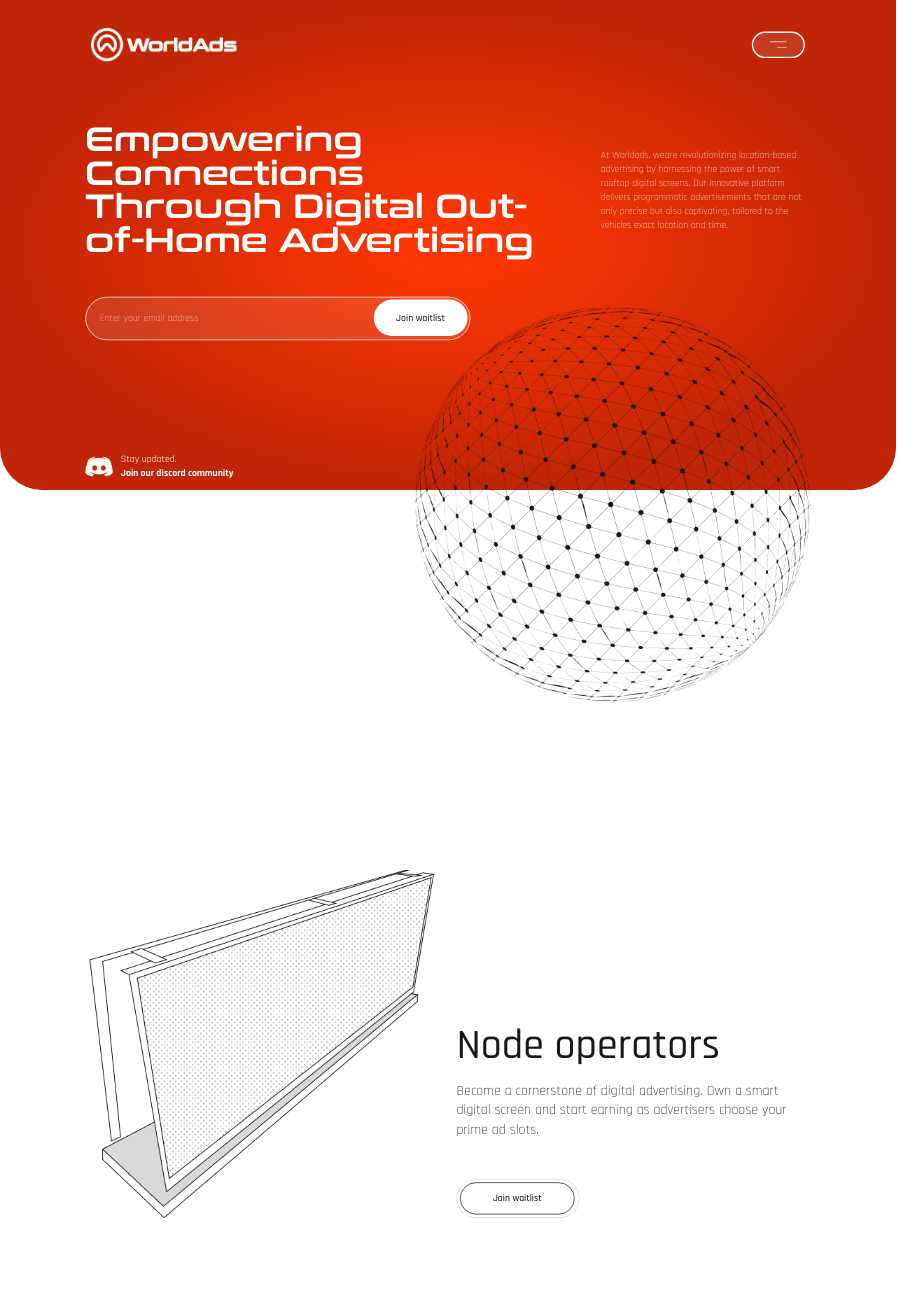
Repository: Abdul-Hannan232/worldAds
Page: /
The author's editor kept a copy of each file at every save. The page is drawn from the files as they stood at one save, then again after the next save.
The browser window is 1280 px wide. The page is 1283 px wide, so the pictures cover 1283 px, including what lies to the right of the window. The pictures show the part of the page from y = 0 to 1880 px (the page is 3879 px tall), at 70% of full size.
The project was rebuilt for these pictures with package versions that can differ from the ones it lists, and the page was loaded fresh each time. The framework's server and built-in components were replaced by stand-ins that run in the browser. Also part of the build but not shown: next.config.mjs, app/component/NavContent.jsx.

Above is the page before, as saved 2024-05-10 22:23:48.

### app/page.tsx
import Image from "next/image";
import Header from "./component/Header"
import Main from "./component/Main";
import NavContent from "./component/NavContent";
import Advertise from "./component/advertise"
import Footer from "./component/footer"
import NodeOperator from "./component/nodeOperator"
import RideEarn from "./component/rideEarn"
export default function Home() {
  return (
    <>
      <div>
        <Header />
        <Main />
        <NodeOperator />
        <RideEarn />
        <Advertise />
        <Footer />
      </div>
    </>
  );
}

### app/globals.css
@import url('https://fonts.googleapis.com/css2?family=Exo+2:ital,wght@0,100..900;1,100..900&family=Rajdhani:wght@300;400;500;600;700&display=swap');

@tailwind base;
@tailwind components;
@tailwind utilities;
html{
  scroll-behavior: smooth;
}
.body {
  overflow-x: hidden; /* Hide scrollbars */
}
.dropdown-content {
  max-height: 0;
  overflow: hidden;
  transition: max-height 0.3s ease-in-out;
}

.dropdown-content.show {
  max-height: 100px; /* Set the max-height to whatever you prefer */
}

*{
  font-family: "Rajdhani", sans-serif;
  font-weight: 400;
  font-style: normal;
}
.background{
  background-image: url("/background.png");
  background-position: center;
  background-repeat: no-repeat;
  background-size: cover;

}
:root {
  --foreground-rgb: 0, 0, 0;
  --background-start-rgb: 214, 219, 220;
  --background-end-rgb: 255, 255, 255;
}

@media (prefers-color-scheme: dark) {
  :root {
    --foreground-rgb: 255, 255, 255;
    --background-start-rgb: 0, 0, 0;
    --background-end-rgb: 0, 0, 0;
  }
}

/* body {
  color: rgb(var(--foreground-rgb));
  background: linear-gradient(
      to bottom,
      transparent,
      rgb(var(--background-end-rgb))
    )
    rgb(var(--background-start-rgb));
} */

@layer utilities {
  .text-balance {
    text-wrap: balance;
  }
}

@font-face {
  font-family: 'font1';
  src: url('/assets/fonts/conthrax-sb.otf');
}

.font1{
  font-family: "font1" !important;
}

*{
  box-sizing: border-box !important
}

.gradient-color{
  background: radial-gradient(50% 50% at 50% 50%, #FC3603 11%, #BF2506 100%) !important;

}



/* pre loader */


/* styles.css or Preloader.module.css */
.preloader {
  display: flex;
  justify-content: center;
  align-items: center;
  height: 100vh;
}

.spinner {
  border: 4px solid red;
  border-top: 4px solid transparent;
  border-radius: 50%;
  width: 50px;
  height: 50px;
  animation: spin 1s linear infinite;
}
.preloader .spinner p{
  margin-left: 10px;
  color:red
}

@keyframes spin {
  0% { transform: rotate(0deg); }
  100% { transform: rotate(360deg); }
}

### app/component/Header.jsx
"use client"
import React, { useState, useEffect } from 'react';
import NavContent from './NavContent';
import { RxCross2 } from "react-icons/rx";

const Header = () => {
    const [isDrawerOpen, setIsDrawerOpen] = useState(false);
    const [isHeaderFixed, setIsHeaderFixed] = useState(false);
    const [open, setOpen] = useState(false);

    const handleDrawerToggle = () => {
        setIsDrawerOpen(!isDrawerOpen);
        console.log('Drawer open state:', isDrawerOpen);
    };

    const dropDownOpen = () => {
        setOpen(!open);
    }

    useEffect(() => {
        const handleScroll = () => {
            const scrollPosition = window.scrollY;

            if (scrollPosition > 10) {
                setIsHeaderFixed(true);
            } else {
                setIsHeaderFixed(false);
            }
        };

        window.addEventListener('scroll', handleScroll);

        return () => {
            window.removeEventListener('scroll', handleScroll);
        };
    }, []);

    const scrollToSection = (sectionId) => {
        const section = document.getElementById(sectionId);
        if (section) {
            const topOffset = section.offsetTop;
            const windowHeight = window.innerHeight;
            const scrollTo = topOffset - (windowHeight / 2 - section.offsetHeight / 2);
            window.scrollTo({ top: scrollTo, behavior: 'smooth' });
        }
    };

    return (
        <div className={`fixed w-full z-40 ${isHeaderFixed ? 'bg-red-600 py-5 lg:p-5' : 'bg-transparent py-10 lg:p-10'}`}>
            <div className="relative w-[85%] mx-auto flex justify-between items-center bg-transparent">
                <img src="./assets/images/logo.png" alt="Logo" className="lg:w-52 lg:h-12 w-36 h-8" />
                <button
                    className="bg-[#FFFFFF1A]   border-2 border-white lg:px-6 lg:py-3 px-3 py-1 hover:border rounded-[100px]"
                    type="button"
                    onClick={dropDownOpen}
                >
                    <div>

                    </div>
                    {open && (
                        <div className="absolute lg:block hidden top-0 right-0 border-2 bg-red-600 border-white rounded-full p-2">
                            <ul className="px-5 flex items-center space-x-5 text-lg text-white justify-between">
                                <li><a href="#">About</a></li>
                                <li><a href="#nodeOperator" onClick={() => scrollToSection('nodeOperator')}>Node Operators</a></li>
                                <li><a href="#ride">Ride & Earn</a></li>
                                <li><a href="#advertise">Advertise With WorldAds</a></li>
                                <li><RxCross2 className="text-2xl font-bold" /></li>
                            </ul>
                        </div>
                    )}

                    <img src="./assets/images/bars.svg" alt="Menu" className="w-6" />
                </button>
            </div>
        </div>
    );
};

export default Header;

### app/component/Main.jsx
import React from 'react'

const Main = () => {
    return (
        <>
            <div className='gradient-color h-[700px] w-full rounded-b-[60px] lg:pt-40 pt-24 px-5  sm:px-16 pb-14 relative  '>
                <div className="lg:w-[90%] w-[95%] mx-auto">


                    <div className="lg:flex lg:items-center justify-between ">

                        <div className="my-4">
                            <h1 className="lg:text-5xl text-2xl  lg:w-[650px] lg:text-start text-center text-white font1 ">Empowering Connections Through Digital Out-of-Home Advertising</h1>



                        </div>

                        <div className='my-4'>

                            <p className='text-white text-left font-light lg:text-sm text-xs lg:text-start text-center lg:w-[300px]'>At Worldads, weare revolutionizing location-based advertising by harnessing the power of smart rooftop digital screens. Our innovative platform delivers programmatic advertisements that are not only precise but also captivating, tailored to the vehicles exact location and time.</p>
                        </div>
                    </div>

                    <div class="relative lg:w-[550px]  rounded-[100px] mt-10">

                        <input type="text" id="default-search" className="block w-full lg:p-5 p-3  -10 lg:text-sm text-xs text-gray-900 bg-[#FFFFFF1A] border border-white focus:ring-white focus:border-white rounded-[100px] placeholder:text-[#FFFFFF80] " placeholder="Enter your email address" required />
                        <button type="submit" className=" absolute end-1 top-1 font-bold bg-white hover:bg-white-800 focus:ring-4 font-bold focus:outline-none focus:ring-none font-medium rounded-[100px] lg:text-sm text-xs lg:px-8 px-5 lg:py-4 py-2">Join waitlist</button>
                    </div>

                 <div className='relative'>

                    <div className="flex items-center gap-3 lg:mt-40 mt-5 lg:justify-start justify-center ">
                            <img src="./assets/images/discord.png" />
                            <div>
                                <p className="text-white text-sm">Stay updated.</p>
                                <p className="text-white font-bold text-sm">Join our discord community</p>
                            </div>
                        </div>
                        <img src="./assets/images/Vector(Black).png" className="text-white absolute  lg:-top-52 right-0 top-14" />

                    </div>
                </div>
            </div>
        </>
    )
}

export default Main

### app/component/footer.jsx
import Image from "next/image"
export default function Footer() {
    return (
        <div className="bg-[#181818] ] w-full mt-20 lg:py-12 pt-12 lg:p-4">
            <div className="lg:w-[80%] w-[90%] lg:flex items-center justify-between mx-auto py-12" >
                <div>
                    <h1 className="lg:text-5xl text-3xl  lg:w-[500px] w-[250px] lg:mx-0 mx-auto font-medium lg:text-start text-center text-white">Innovating Digital Advertising</h1>
                </div>
                <div className="lg:flex text-white lg:mt-0 mt-10 items-center gap-10">
                    <div>
                        <ul className="text-lg lg:text-start text-center space-y-3">
                            <li>Blog</li>
                            <li>Contact Us</li>
                        </ul>
                    </div>
                    <div>
                        <ul className="text-lg lg:mt-0 mt-3 lg:text-start text-center space-y-3">
                            <li>Privacy Policy</li>
                            <li>Terms Of Service</li>
                        </ul>
                    </div>
                </div>
            </div>
            <div className="text-white relative mx-auto mt-5 lg:w-[80%]">
                <div className="flex items-center gap-1 w-40 lg:w-[80%] lg:mx-0 mx-auto">
                    <Image src="/Group.png" alt="logo" width={37.49} height={37.49}  className="lo "/>
                    <h1 className="text-2xl font-meidum">WorldsAds</h1>
                </div>
                <div className="flex items-center lg:justify-start w-[90%] lg:mx-0 mx-auto lg:w-[80%] justify-center mt-5 gap-10">
                    <p className="lg:text-sm text-[12px] lg:text-start text-center  font-light ">©2024 WorldAds Tech DAO LLC. All Right Reserved </p>
                    <hr className="border lg:block hidden border-[#707070] w-96" />
                </div>
                <Image src="/FooterImage.png" alt="vector" width={231.11} height={231.11} className="absolute lg:-top-16 lg:block hidden z-20 lg:-right-36 "/>
                <Image src="/FooterImage (1).png" alt="vector" width={551.11} height={451.11} className=" lg:hidden block mt-10 "/>

            </div>
        </div>
    )
}

### app/component/nodeOperator.jsx
import React from 'react'
import Image from 'next/image'
const NodeOperator = () => {
    return (
        <>
            <div id="nodeOperator" className="lg:flex w-[80%] mt-80 h-screen mx-auto items-end justify-between">
                <div >
                    <Image src="/Group 1.png" alt="Image" width={203} height={207} className="lg:w-[493px] lg:h-[497px] lg:mx-0 mx-auto " />
                </div>
                <div  className="xl:w-[500px]  md:w-[400px] lg:mt-0 mt-10 lg:mx-0 mx-auto">
                    <h1 className="xl:text-6xl md:text-5xl text-3xl font-medium lg:text-start text-center text-[#181818]">Node operators</h1>
                    <p className="xl:text-xl lg:text-sm text-md font-light lg:w-auto md:w-80  lg:text-sm md:text-md text-xs  lg:mx-0 mx-auto text-[#030303] lg:text-start text-center mt-5">Become a cornerstone of digital advertising. Own a smart digital screen and start earning as advertisers choose your prime ad slots.</p>
                    <div className="border border-gray-300 xl:mt-14 mt-10 rounded-full lg:mx-0 mx-auto  xl:w-44 w-36 ">
                        <button className="text-center text-sm border xl:p-3 md:p-3 p-2 rounded-full  xl:w-[164px] w-[133px] font-medium m-1 border-[#181818]">Join waitlist</button>
                    </div>
                </div>
            </div>


            </>
  )
}

export default NodeOperator

### app/component/rideEarn.jsx
import React from 'react'
import Image from "next/image";

const RideEarn = () => {
  return (
    <div>
         <div id="ride"className="flex lg:flex-row flex-col-reverse h-screen w-[80%] mt-20 mx-auto items-end justify-between">
          <div className="xl:w-[410px] md:w-[400px] lg:mt-0 mt-10 lg:mx-0 mx-auto">
            <h1 className="xl:text-6xl md:text-5xl text-3xl font-medium lg:text-start text-center text-[#181818]">Ride & Earn</h1>
            <p className="xl:text-lg lg:w-auto md:w-80  lg:text-sm md:text-md text-xs font-light lg:w-auto  lg:mx-0 mx-auto text-[#030303] lg:text-start text-center mt-5">Transform every journey into a profitable venture. Our Smart Rooftop Digital Screens turn miles into money, making every trip count.</p>
            <div className="border border-gray-300 xl:mt-14 mt-10 rounded-full lg:mx-0 mx-auto  xl:w-44 w-36 ">
              <button className="text-center text-sm border xl:p-3 md:p-3 p-2 rounded-full  xl:w-[164px] w-[133px] font-medium m-1 border-[#181818]">Join waitlist</button>
            </div>
          </div>
          <div >
            <Image src="/GroupCroped.png" alt="Image" width={453} height={357} className="lg:w-[563.48px] lg:h-[450.27px] lg:mx-0 mx-auto " />
          </div>
        </div>
    </div>
  )
}

export default RideEarn

Loaded but not shown: app/layout.tsx (common file); tailwind.config.ts (common file); app/component/advertise.jsx (103 lines, source omitted)

After the next save:
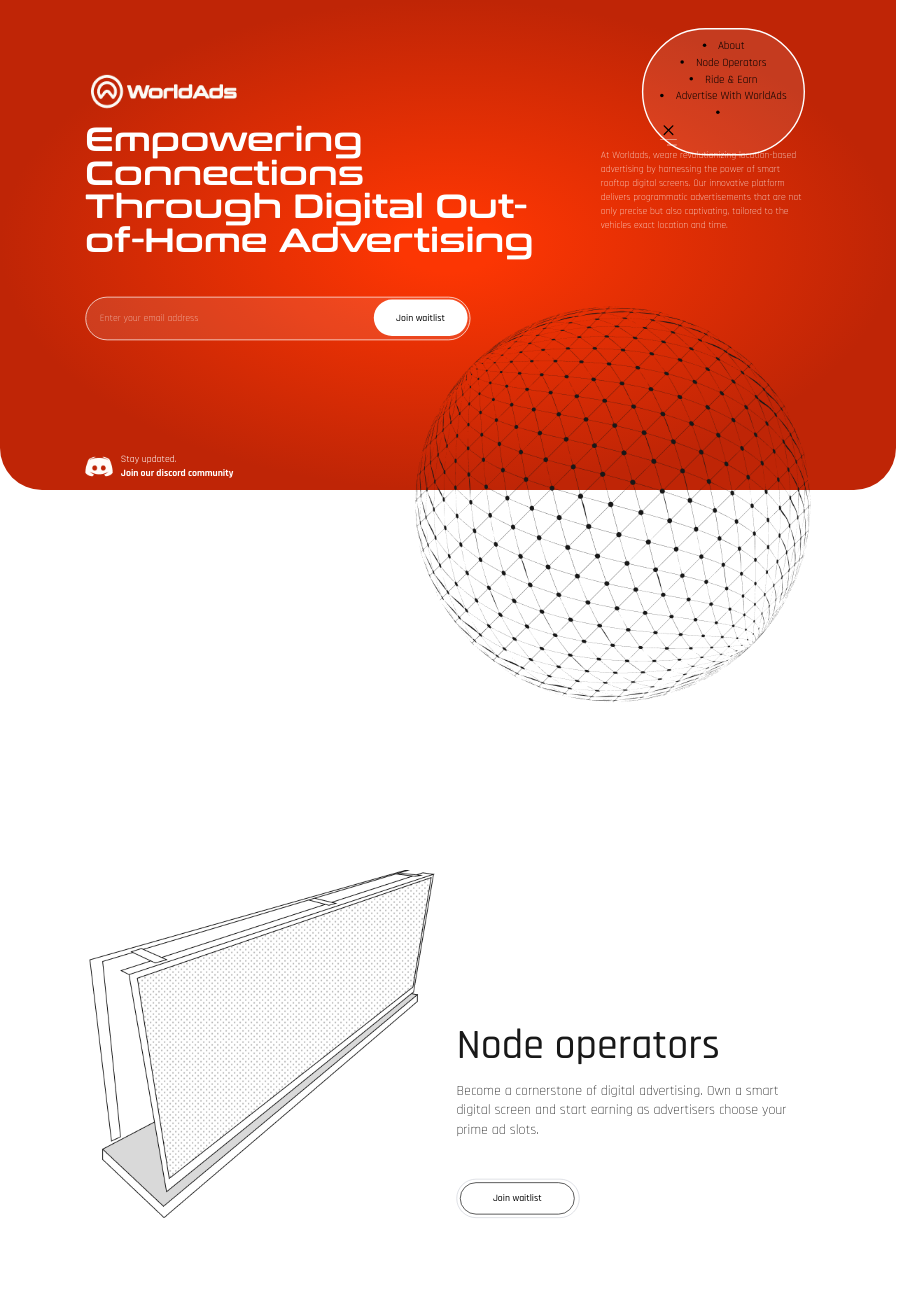
Saved 17 s later.
--- a/app/component/Header.jsx
+++ b/app/component/Header.jsx
@@ -55,7 +55,11 @@
                     onClick={dropDownOpen}
                 >
                     <div>
-
+                    <li><a href="#">About</a></li>
+                                <li><a href="#nodeOperator" onClick={() => scrollToSection('nodeOperator')}>Node Operators</a></li>
+                                <li><a href="#ride">Ride & Earn</a></li>
+                                <li><a href="#advertise">Advertise With WorldAds</a></li>
+                                <li><RxCross2 className="text-2xl font-bold" /></li>
                     </div>
                     {open && (
                         <div className="absolute lg:block hidden top-0 right-0 border-2 bg-red-600 border-white rounded-full p-2">

After the save that followed:
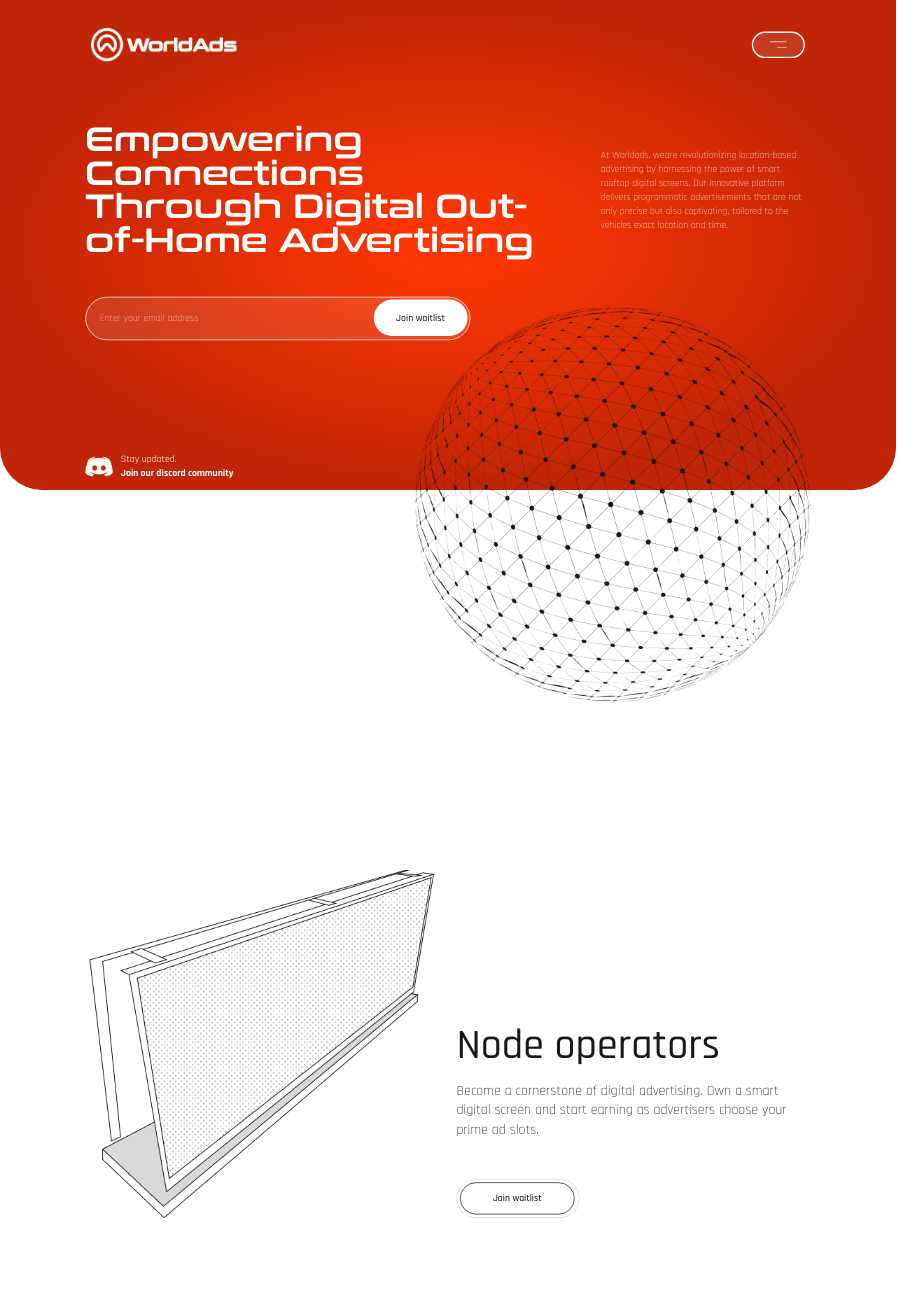
Saved 5 s later.
--- a/app/component/Header.jsx
+++ b/app/component/Header.jsx
@@ -55,11 +55,7 @@
                     onClick={dropDownOpen}
                 >
                     <div>
-                    <li><a href="#">About</a></li>
-                                <li><a href="#nodeOperator" onClick={() => scrollToSection('nodeOperator')}>Node Operators</a></li>
-                                <li><a href="#ride">Ride & Earn</a></li>
-                                <li><a href="#advertise">Advertise With WorldAds</a></li>
-                                <li><RxCross2 className="text-2xl font-bold" /></li>
+
                     </div>
                     {open && (
                         <div className="absolute lg:block hidden top-0 right-0 border-2 bg-red-600 border-white rounded-full p-2">
